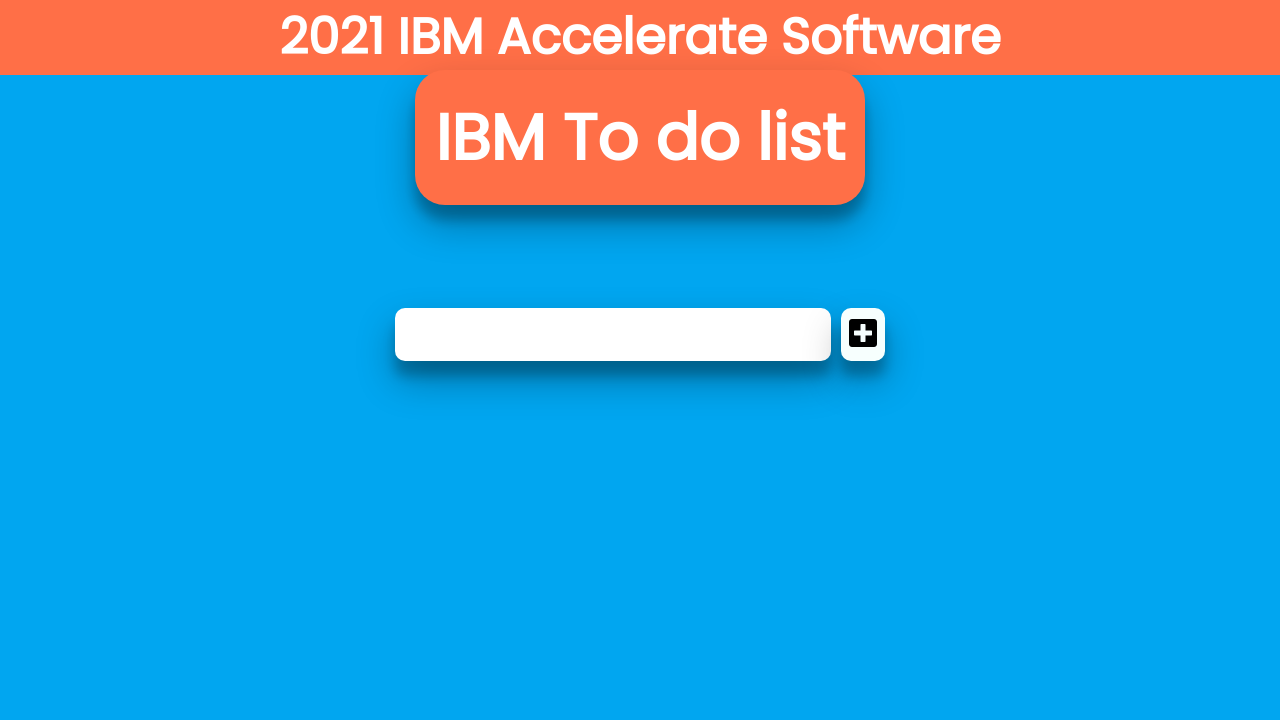
Repository: 2021-IBM-Accelerate-SW-Track/lab-1-team-34
Page: /
An editor plug-in stored every save of this project. The page is shown before and after the next save, followed by the edit.
The browser window is 1280 px wide. The pictures show the whole page.
Some web libraries are served in a nearby version. The project was rebuilt for these pictures with package versions that can differ from the ones it lists, and the page was loaded fresh each time. Also part of the build but not shown: src/components/Todo.js.

Above is the page before, as saved 2021-06-16 18:18:57.

After the next save:
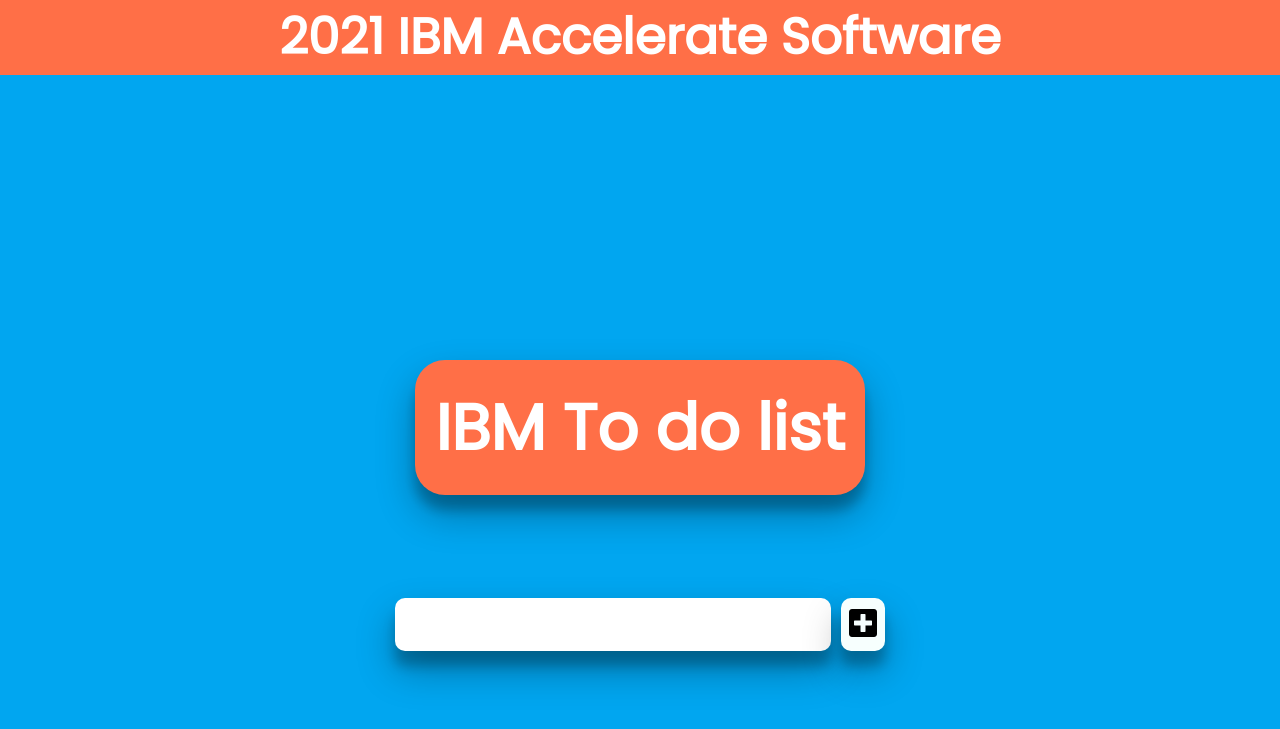
Saved 10 s later.
--- a/src/App.css
+++ b/src/App.css
@@ -10,7 +10,7 @@
   border-radius: 30px;
   box-shadow: rgba(0, 0, 0, 0.3) 0px 19px 38px,
     rgba(0, 0, 0, 0.22) 0px 15px 12px;
-  margin-top: 10px;
+  margin-top: 300px;
 }
 
 .App > header > .ibm-header {
